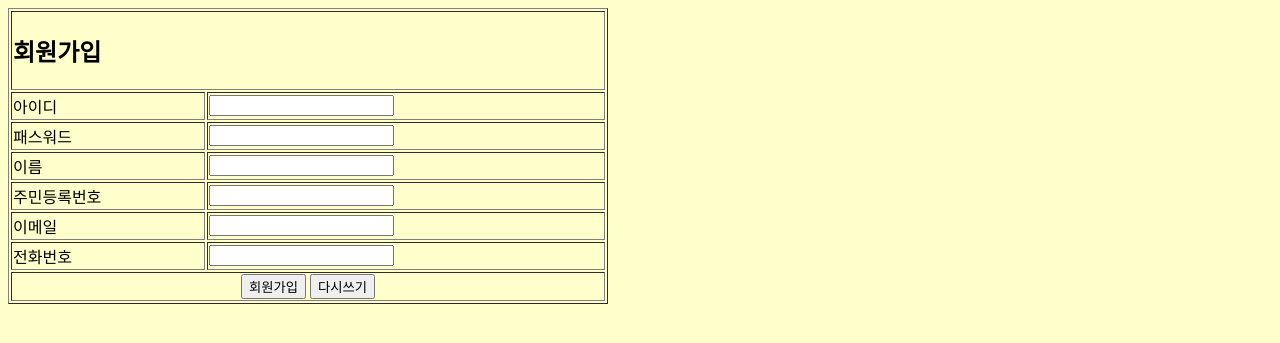
Repository: Chaelin02/2-_JSP
Page: http://localhost/BasicJSP/jdbc07/member_2312.jsp
These files come from the project's save history. The page is drawn as it stood at one moment and after the next save; the edit follows.
The browser window is 1280 px wide. The pictures show the whole page.
The page is served by Tomcat 9. Other server files are loaded and not shown.

Above is the page before, as saved 2019-06-24 02:01:57.

### BasicJSP/WebContent/jdbc07/member_2312.jsp
<%@ page language="java" contentType="text/html; charset=UTF-8"
    pageEncoding="UTF-8"%>
<!DOCTYPE html>
<html>
<head>
<meta charset="UTF-8">
<title>Insert title here</title>
</head>
<body bgcolor="#ffffcc">
<table border='1' width=600>
	<td colspan=2>
		<h2>회원가입</h2>
	</td>
	<tr>
		<td>아이디</td>
		<td><input type="text"  name="id" width="20%"></td>

	</tr>
	<tr>
		<td>패스워드 </td>
		<td><input type="password" name="password"></td>

	</tr>
	<tr>
		<td>이름</td>
		<td> <input type="text" name="name"></td>

	</tr>
	<tr>
		<td>주민등록번호</td>
		<td><input type="text" name="num1"></td>

	</tr>
	<tr>
		<td>이메일 </td>
		<td><input type="text" name="email"></td>

	</tr>
	<tr>
		<td>전화번호</td>
		<td><input type="text" name="birthday"></td>

	</tr>
<tr width=300>
	<td colspan=3>
	<center>
		<input type = "submit" value="회원가입">
		<input type = "reset" value="다시쓰기">
	</center>
	</td>

</table>

</body>
</html>

After the next save:
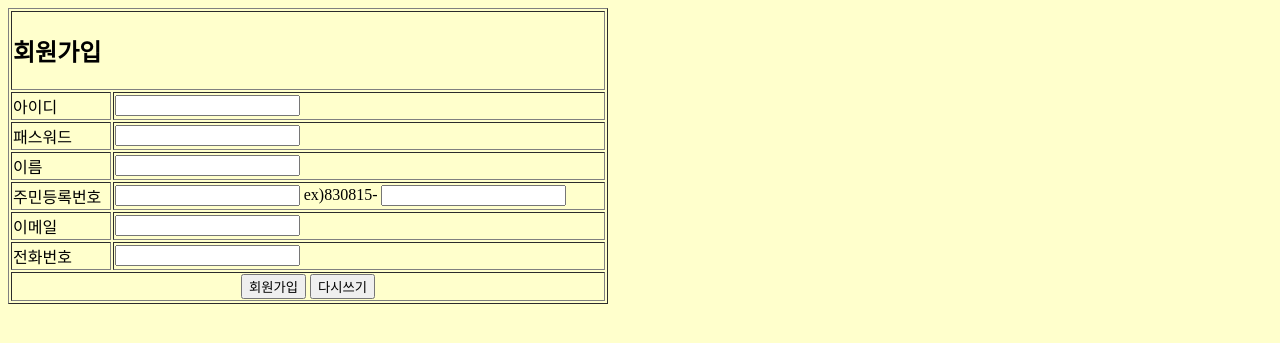
Saved 40 s later.
--- a/BasicJSP/WebContent/jdbc07/member_2312.jsp
+++ b/BasicJSP/WebContent/jdbc07/member_2312.jsp
@@ -28,7 +28,7 @@
 	</tr>
 	<tr>
 		<td>주민등록번호</td>
-		<td><input type="text" name="num1"></td>
+		<td><input type="text" name="num1"> ex)830815- <input type="text" name="num2"></td>
 
 	</tr>
 	<tr>
